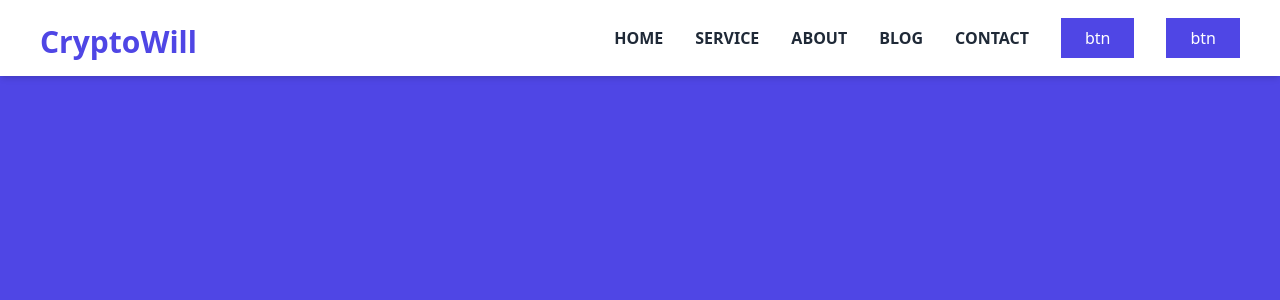
Repository: marcusdashe/anthophila
Page: /
The author's editor kept a copy of each file at every save. The page is drawn from the files as they stood at one save, then again after the next save.
The browser window is 1280 px wide. The pictures show the whole page.
The project was rebuilt for these pictures with package versions that can differ from the ones it lists, and the page was loaded fresh each time. The framework's server and built-in components were replaced by stand-ins that run in the browser. Also part of the build but not shown: next.config.js, styles/Home.module.css.

Above is the page before, as saved 2023-02-23 18:43:27.

### pages/index.js
import Head from 'next/head'
import Image from 'next/image'
import { Inter } from '@next/font/google'
import styles from '@/styles/Home.module.css'
import { Nav } from '@/components/Nav'

const inter = Inter({ subsets: ['latin'] })

export default function Home() {
  return (
    <>
      <Head>
        <title>Cryptowill</title>
        <meta name="description" content="Generated by create next app" />
        <meta name="viewport" content="width=device-width, initial-scale=1" />
        <link rel="icon" href="/favicon.ico" />
      </Head>
      <Nav />
      <main className="bg-indigo-600 w-full h-screen">

      </main>
    </>
  )
}

### components/Nav.jsx
import React from 'react'
import Button from './Button'

export const Nav = () => {
  let Links = [
    { name: "HOME", link: "/"},
    { name: "SERVICE", link: "/service"},
    { name: "ABOUT", link: "/about"},
    { name: "BLOG", link: "/blog"},
    { name: "CONTACT", link: "/contact"},
  ]
  return (
    <div className='shadow-md w-full fixed top-0 left-0'>
        <div className='md:flex items-center justify-between bg-white py-4 md:px-10 px-7'>
            <div className='font-bold text-2xl cursor-pointer flex items-center text-gray-80'>
                <span className='text-3xl text-indigo-600 mr-1 pt-2'>
                    CryptoWill
                </span>
            </div>
            <ul className='md:flex md:items-center'>
              { Links.map((link, idx) => (
                <li key={link.name} className='md:ml-8 text-md font-bold'>
                    <a href={link.link} key={idx} className="text-gray-800 hover:text-gray-400 duration-500">{link.name}</a>
                </li>
              ))}
              <Button text={"Signin"}/>
              <Button text={"Signup"}/>
            </ul>
        </div>
    </div>
  )
}

### components/Button.jsx
import React from 'react'

const Button = () => {
  return (
    <button className='bg-indigo-600 text-white py-2 px-6 round-10 md:ml-8 hover:bg-indigo-400 duration-500'>
        btn
    </button>
  )
}

export default Button

### tailwind.config.js
/** @type {import('tailwindcss').Config} */

module.exports = {
  content: [
    "./app/**/*.{js,ts,jsx,tsx}",
    "./pages/**/*.{js,ts,jsx,tsx}",
    "./components/**/*.{js,ts,jsx,tsx}",
  ],
  theme: {
    extend: {},
  },
  plugins: [],
}

Loaded but not shown: pages/_app.js (common file); pages/_document.js (common file); pages/api/hello.js (common file); styles/globals.css (common file)

After the next save:
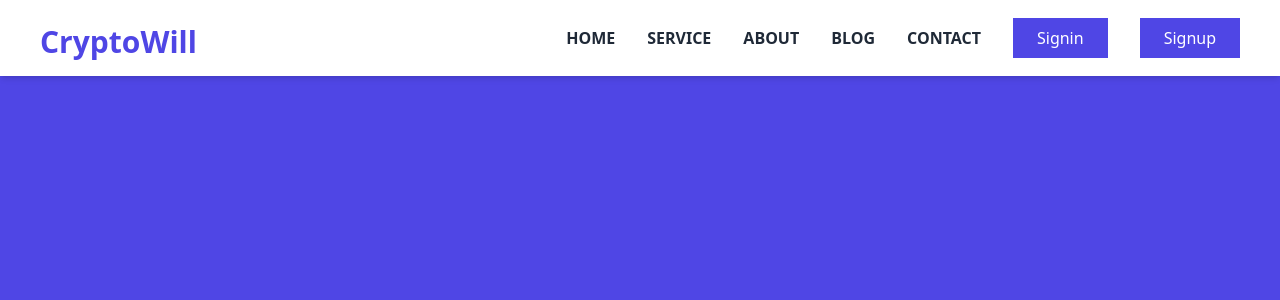
Saved 27 s later.
--- a/components/Button.jsx
+++ b/components/Button.jsx
@@ -1,9 +1,9 @@
 import React from 'react'
 
-const Button = () => {
+const Button = (props) => {
   return (
     <button className='bg-indigo-600 text-white py-2 px-6 round-10 md:ml-8 hover:bg-indigo-400 duration-500'>
-        btn
+        {props.text}
     </button>
   )
 }
